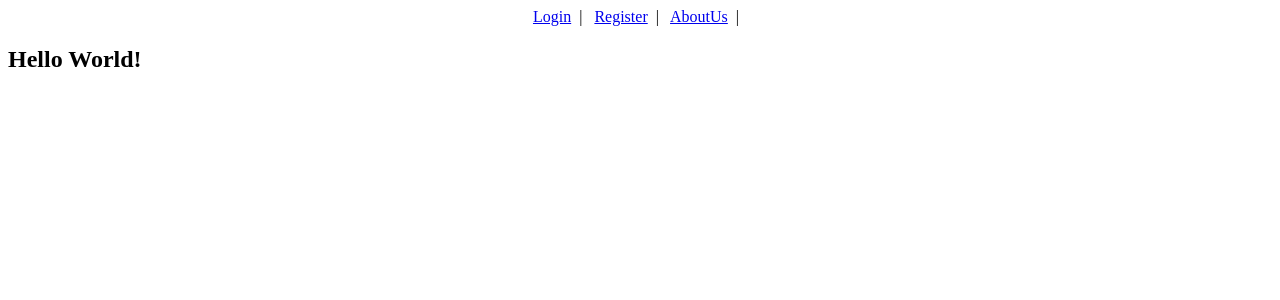
Repository: ramizkhan037/Java-Project
Page: http://localhost/Frontend/
The author's editor kept a copy of each file at every save. The page is drawn from the files as they stood at one save, then again after the next save.
The browser window is 1280 px wide. The pictures show the whole page.
The page is served by Tomcat 9. Nobody is signed in. The application's start-up code is not run. Other server files are loaded and not shown.

Above is the page before, as saved 2018-11-27 08:23:00.

### Frontend/src/main/webapp/index.jsp
<%@include file="WEB-INF/views/Header.jsp" %>

<html>
<body>
<h2>Hello World!</h2>
</body>
</html>

### Frontend/src/main/webapp/WEB-INF/views/Header.jsp
<%@ page language="java" contentType="text/html"%>
<html>
<head>
<meta http-equiv="Content-Type" content="text/html; charset=ISO-8859-1">
<title>Insert title here</title>
</head>
<body>

<p align="center">
<a href="login">Login</a>&nbsp;&nbsp;|&nbsp;&nbsp;
<a href="register">Register</a>&nbsp;&nbsp;|&nbsp;&nbsp;
<a href="aboutus">AboutUs</a>&nbsp;&nbsp;|&nbsp;&nbsp;
</p>

</body>
</html>

After the next save:
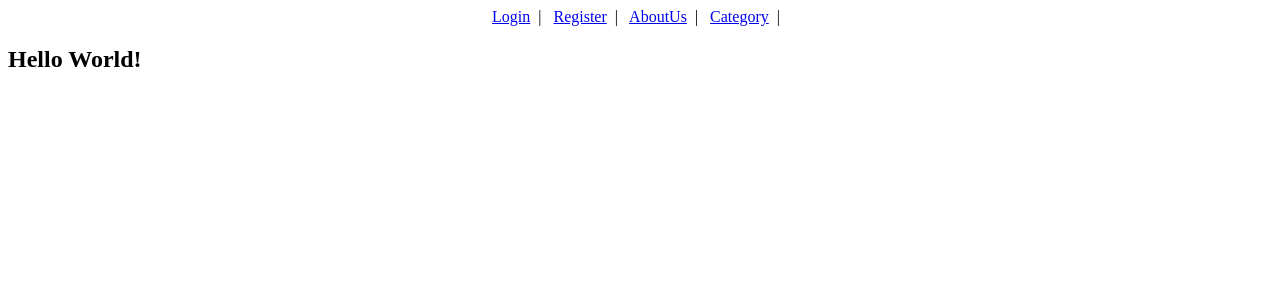
Saved 5 min 1 s later.
--- a/Frontend/src/main/webapp/WEB-INF/views/Header.jsp
+++ b/Frontend/src/main/webapp/WEB-INF/views/Header.jsp
@@ -10,6 +10,8 @@
 <a href="login">Login</a>&nbsp;&nbsp;|&nbsp;&nbsp;
 <a href="register">Register</a>&nbsp;&nbsp;|&nbsp;&nbsp;
 <a href="aboutus">AboutUs</a>&nbsp;&nbsp;|&nbsp;&nbsp;
+<a href="category">Category</a>&nbsp;&nbsp;|&nbsp;&nbsp;
+
 </p>
 
 </body>
